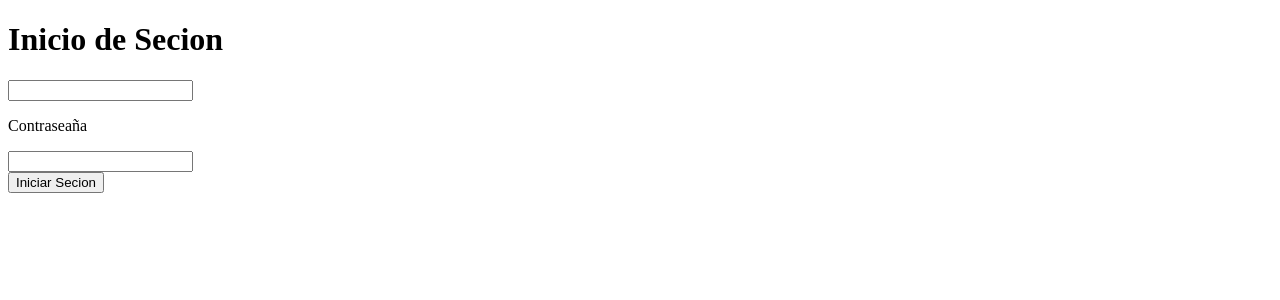
Repository: NighelG/Proyecto-de-verificacion-de-asistencia
Page: ProyectoAsistencia/public/pages/index.html
The author's editor kept a copy of each file at every save. The page is drawn from the files as they stood at one save, then again after the next save.
The browser window is 1280 px wide. The pictures show the whole page.

Above is the page before, as saved 2025-08-26 15:30:46.

### ProyectoAsistencia/public/pages/index.html
<!DOCTYPE html>
<html lang="en">
<head>
    <meta charset="UTF-8">
    <meta name="viewport" content="width=device-width, initial-scale=1.0">
    <title>Login</title>
</head>
<link rel="stylesheet" href="../css/index.css">
<body>
    <h1>Inicio de Secion</h1>
    <div class="login">
        <label for="user"></label>
        <input id="user" type="text">
        <br>
        <p>Contraseaña</p>
        <label for="password"></label>
        <input id="password" type="password">
        <br>
        <button id="btnLogin">Iniciar Secion</button>
    </div>
</body>
<script type="module" src="../js/index.js"></script>
</html>

### ProyectoAsistencia/public/js/index.js
//Invocaciones
const inputUsuario=document.getElementById("user");
const inputPassword=document.getElementById("password");
const btnLogin=document.getElementById("btnLogin");
//Invocaciones

Loaded but not shown: ProyectoAsistencia/public/css/index.css (no copy from this time; the picture is the same without it)

After the next save:
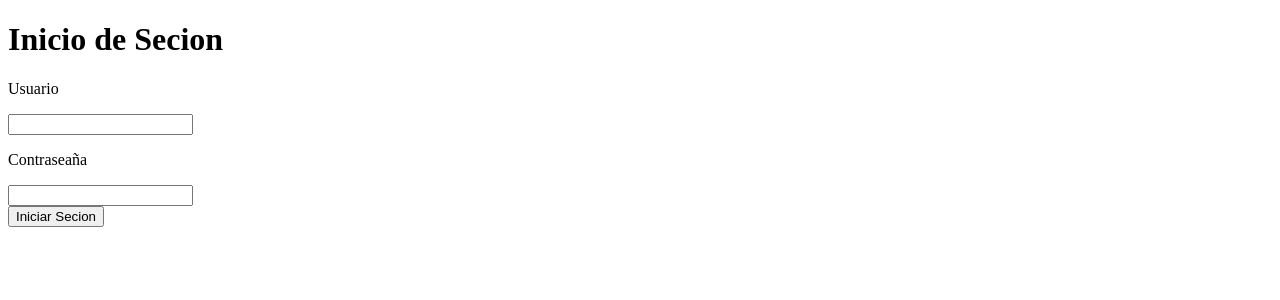
Saved 4 s later.
--- a/ProyectoAsistencia/public/pages/index.html
+++ b/ProyectoAsistencia/public/pages/index.html
@@ -9,6 +9,7 @@
 <body>
     <h1>Inicio de Secion</h1>
     <div class="login">
+        <p>Usuario</p>
         <label for="user"></label>
         <input id="user" type="text">
         <br>
